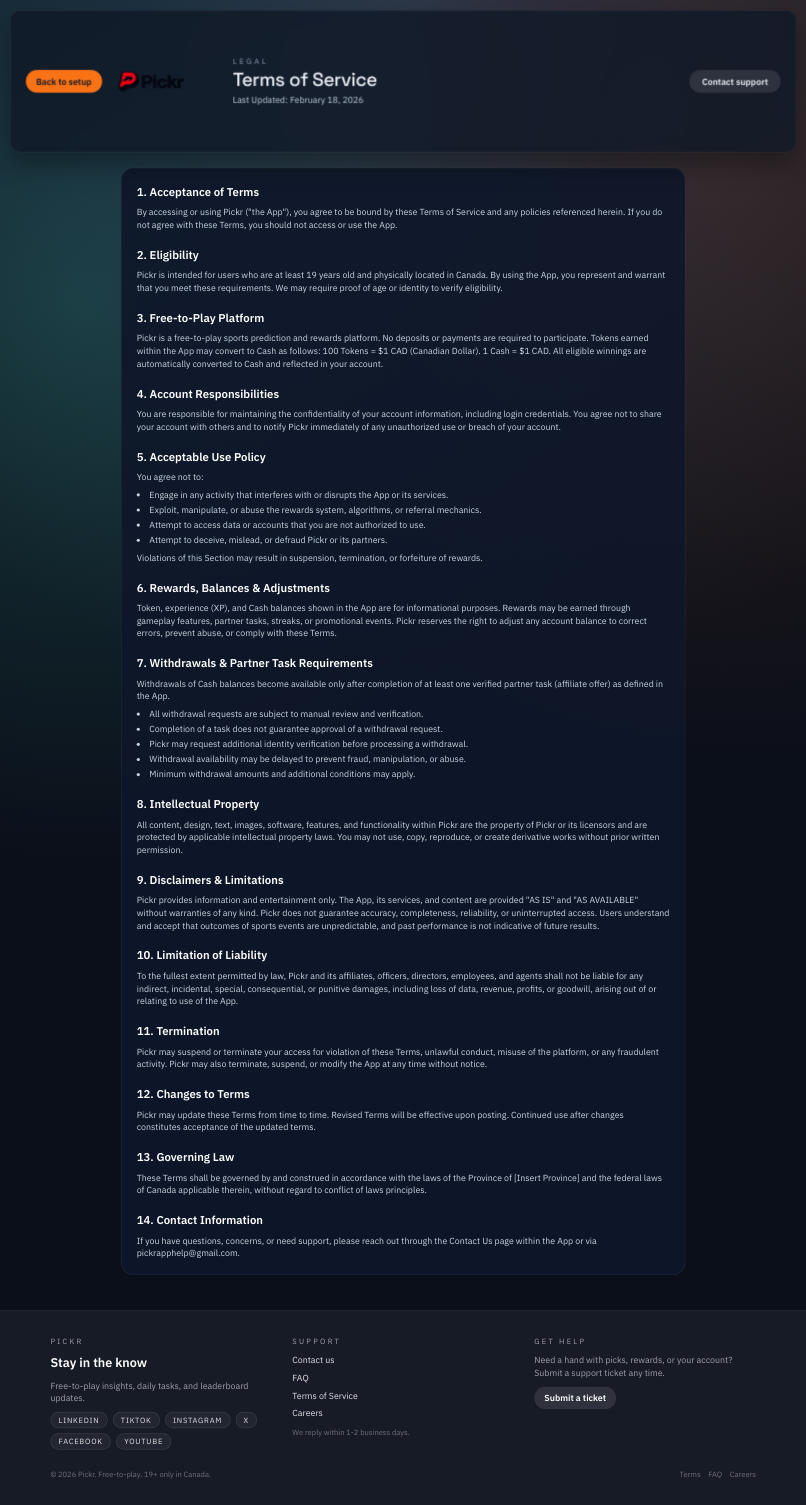
Repository: prav2004/therealdeal
Page: public/terms.html
An editor plug-in stored every save of this project. The page is shown before and after the next save, followed by the edit.
The browser window is 1280 px wide. The pictures show the whole page, at 63% of full size.
Some web libraries are served in a nearby version.

Above is the page before, as saved 2026-02-18 21:18:05.

After the next save:
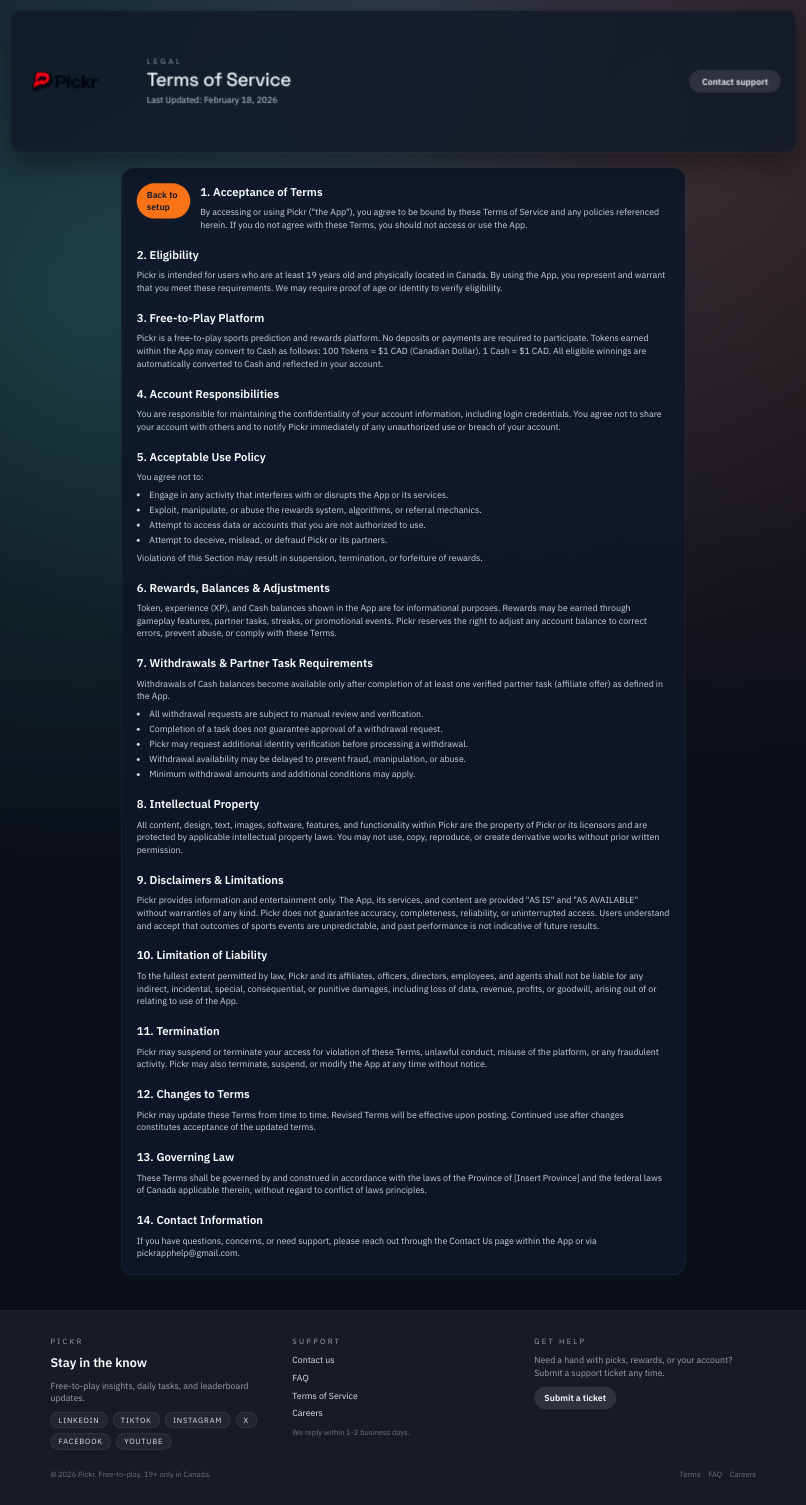
Saved 93 s later.
--- a/public/terms.html
+++ b/public/terms.html
@@ -46,7 +46,6 @@
   <body class="flex flex-col min-h-screen">
     <header class="glass mx-4 mt-4 rounded-2xl p-4 md:p-6 flex flex-col gap-4 sm:flex-row sm:items-center sm:justify-between">
       <div class="flex items-center gap-4">
-        <a id="termsBack" href="onboarding.html" class="inline-flex items-center justify-center rounded-full bg-orange-500 px-4 py-2 text-sm font-semibold text-slate-900 hover:bg-orange-600">Back to setup</a>
         <img src="logo.png" alt="Pickr logo" class="h-[9rem] w-[9rem] sm:h-[11rem] sm:w-[11rem] object-contain" />
         <div class="space-y-1">
           <div class="text-xs uppercase tracking-[0.35em] text-slate-400">Legal</div>
@@ -61,9 +60,12 @@
 
     <main class="flex-1 px-4 pt-6">
       <section class="panel p-6 max-w-4xl mx-auto space-y-6 text-sm text-slate-300">
-        <div>
-          <h2 class="text-lg font-semibold text-white">1. Acceptance of Terms</h2>
-          <p class="mt-2">By accessing or using Pickr ("the App"), you agree to be bound by these Terms of Service and any policies referenced herein. If you do not agree with these Terms, you should not access or use the App.</p>
+        <div class="flex flex-col gap-3 sm:flex-row sm:items-start sm:gap-4">
+          <a id="termsBack" href="onboarding.html" class="inline-flex items-center justify-center rounded-full bg-orange-500 px-4 py-2 text-sm font-semibold text-slate-900 hover:bg-orange-600">Back to setup</a>
+          <div>
+            <h2 class="text-lg font-semibold text-white">1. Acceptance of Terms</h2>
+            <p class="mt-2">By accessing or using Pickr ("the App"), you agree to be bound by these Terms of Service and any policies referenced herein. If you do not agree with these Terms, you should not access or use the App.</p>
+          </div>
         </div>
         <div>
           <h2 class="text-lg font-semibold text-white">2. Eligibility</h2>
